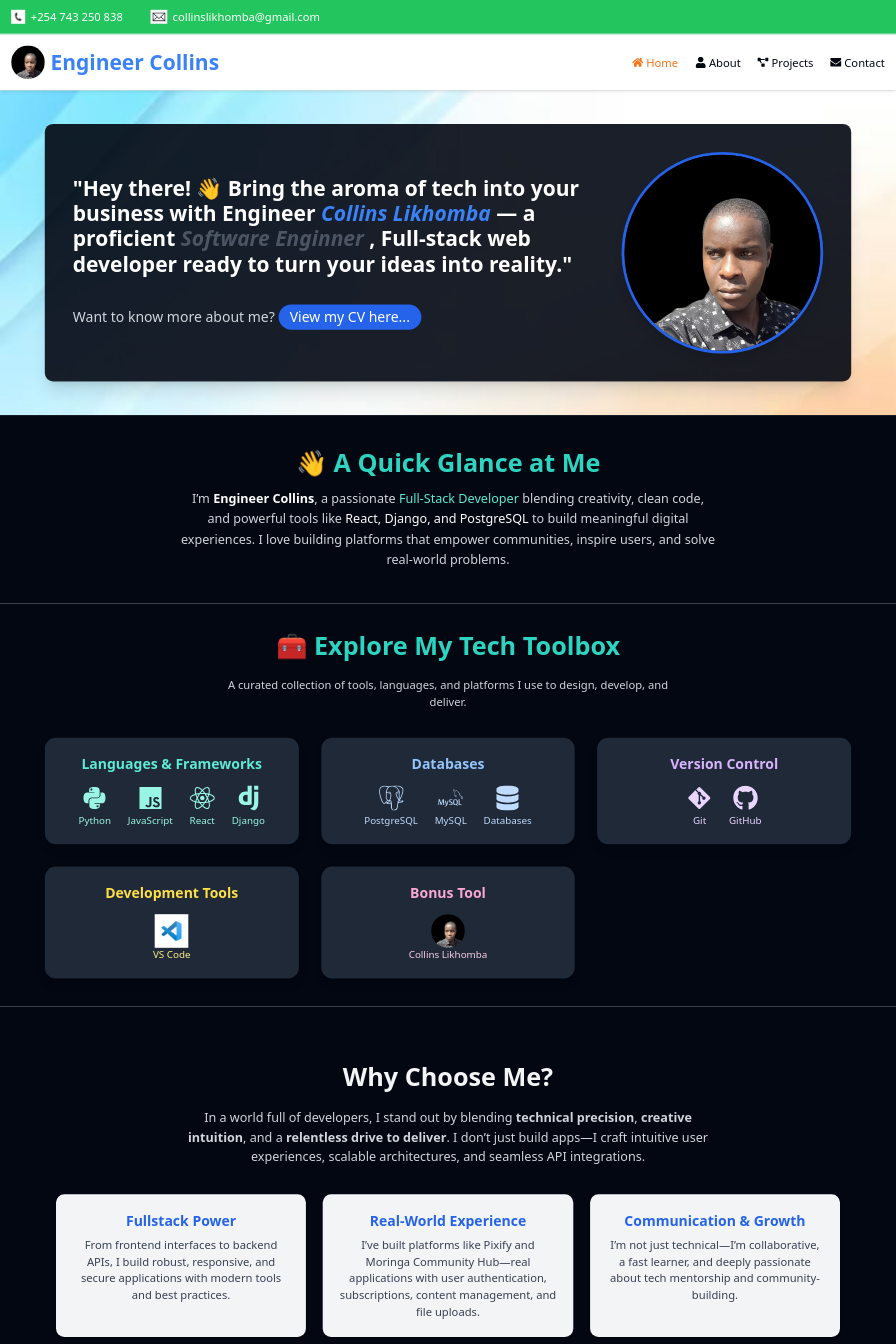
Repository: Engineer-collo/Portfolio
Page: /
These files come from the project's save history. The page is drawn as it stood at one moment and after a run of saves; the edit follows.
The browser window is 1280 px wide. The pictures show the part of the page from y = 0 to 1920 px (the page is 2586 px tall), at 70% of full size.
The project was rebuilt for these pictures with package versions that can differ from the ones it lists, and the page was loaded fresh each time. Also part of the build but not shown: vite.config.js, src/pages/About.jsx, src/pages/Projects.jsx, src/pages/Contact.jsx, src/pages/Blog.jsx, src/pages/Skills.jsx.

Above is the page before, as saved 2025-06-10 20:04:02.

### index.html
<!DOCTYPE html>
<html lang="en">
<head>
  <meta charset="UTF-8">
  <meta name="viewport" content="width=device-width, initial-scale=1.0">
  <title>Portfolio</title>
</head>
<body class="bg-gray-100">
  <div id="root"></div>
  <script type="module" src="/src/main.jsx"></script>
</body>
</html>

### src/main.jsx
import React from 'react'
import ReactDOM from 'react-dom/client'
import './index.css'
import App from './App'

ReactDOM.createRoot(document.getElementById('root')).render(
  <React.StrictMode>
    <App />
  </React.StrictMode>,
)

### src/App.jsx
import { BrowserRouter as Router, Route, Routes } from "react-router-dom";
import HomePage from "./pages/HomePage";
import About from "./pages/About";
import Project from "./pages/Projects";
import Contact from "./pages/Contact";
import Blog from "./pages/Blog";
import Skills from "./pages/Skills";

function App() {
  return (
    <Router>

      <Routes>
        <Route path="/" element={<HomePage />} />
        <Route path="/about" element={<About />} />
        <Route path="/projects" element={<Project />} />
        <Route path="/contact" element={<Contact />} />
        <Route path="/skills" element={<Skills />} />
        <Route path="/blog" element={<Blog />} />


      </Routes>
    </Router>
  );
}

export default App;

### src/pages/HomePage.jsx
import React from 'react';
import Navbar from '../components/Navbar';
import Footer from './Footer';
import TechStackToolbox from './TechStackToolbox';
import Testimonials from './Testimonials';
import AboutMeSummary from './AboutMeSummary';

const HomePage = () => {
  return (
    <div className="text-gray-800 font-sans min-h-screen flex flex-col">
      {/* Navbar */}
      <header className="bg-gray-900 text-white shadow">
        <Navbar />
      </header>

      {/* Hero Section */}
      <section
        className="pt-12 pb-12 flex-grow flex justify-center items-center px-4
                   bg-[url('/bg.png')] bg-cover bg-center bg-no-repeat"
      >
        <div className="flex flex-col md:flex-row items-center
                        text-center md:text-left gap-10
                        bg-gray-950 bg-opacity-90 p-6 md:p-10 rounded-xl shadow-xl
                        max-w-6xl w-full">
          {/* Text Side */}
          <div className="flex-1">
            <h1 className="text-white font-bold text-3xl">
              "Hey there! 👋 Bring the aroma of tech into your business with Engineer{" "}
              <span>
                <i className="text-blue-500"><strong>Collins Likhomba</strong></i>
              </span>{" "}
              — a proficient               <span>
                <i className="text-gray-600"><strong>Software Enginner</strong></i>
              </span>{" "}
 , Full-stack web developer ready to turn your ideas into reality."
            </h1>
            <p className="text-xl pt-6 text-gray-300">
              Want to know more about me?&nbsp;
              <a
                href="https://my-cv-henna-beta.vercel.app/"
                className="mt-4 inline-block bg-blue-600 text-white px-4 py-1 rounded-full hover:bg-blue-700 transition"
                target="_blank"
                rel="noopener noreferrer"
              >
                View my CV here...
              </a>
            </p>
          </div>

          {/* Image Side */}
          <div className="flex-shrink-0 w-52 h-52 sm:w-72 sm:h-72 rounded-full border-4 border-blue-600 shadow-lg overflow-hidden">
            <img
              src="/picture.png"
              alt="Profile"
              className="w-full h-full object-cover"
            />
          </div>
        </div>
      </section>

      <AboutMeSummary />
      <TechStackToolbox />

      {/* Why Choose Me Section */}
      <section className="bg-gray-950 py-20 px-6 md:px-20 text-center">
        <h2 className="text-4xl font-bold text-gray-100 mb-6">Why Choose Me?</h2>
        <p className="max-w-3xl mx-auto text-gray-300 text-lg mb-10">
          In a world full of developers, I stand out by blending{" "}
          <strong>technical precision</strong>, <strong>creative intuition</strong>, and a{" "}
          <strong>relentless drive to deliver</strong>. I don’t just build apps—I craft{" "}
          intuitive user experiences, scalable architectures, and seamless API integrations.
        </p>
        <div className="grid md:grid-cols-3 gap-6 max-w-6xl mx-auto">
          <div className="bg-gray-100 p-6 rounded-xl shadow hover:shadow-lg transition">
            <h3 className="text-xl font-semibold mb-2 text-blue-600">Fullstack Power</h3>
            <p className="text-gray-700">
              From frontend interfaces to backend APIs, I build robust, responsive, and secure applications
              with modern tools and best practices.
            </p>
          </div>
          <div className="bg-gray-100 p-6 rounded-xl shadow hover:shadow-lg transition">
            <h3 className="text-xl font-semibold mb-2 text-blue-600">Real-World Experience</h3>
            <p className="text-gray-700">
              I’ve built platforms like Pixify and Moringa Community Hub—real applications with user authentication,
              subscriptions, content management, and file uploads.
            </p>
          </div>
          <div className="bg-gray-100 p-6 rounded-xl shadow hover:shadow-lg transition">
            <h3 className="text-xl font-semibold mb-2 text-blue-600">Communication & Growth</h3>
            <p className="text-gray-700">
              I’m not just technical—I’m collaborative, a fast learner, and deeply passionate about tech mentorship
              and community-building.
            </p>
          </div>
        </div>
      </section>

      <Testimonials />

      {/* Footer */}
      <footer className="bg-gray-900 text-white text-center py-6 mt-auto">
        <Footer />
      </footer>
    </div>
  );
};

export default HomePage;

### src/components/Navbar.jsx
import React, { useState, useEffect } from 'react';
import { Link } from 'react-router-dom';
import { FaBars, FaTimes, FaUser, FaProjectDiagram, FaEnvelope, FaHome } from 'react-icons/fa';

const Navbar = () => {
  const [isOpen, setIsOpen] = useState(false);
  const toggleMenu = () => setIsOpen(!isOpen);

  useEffect(() => {
    document.body.style.overflow = isOpen ? 'hidden' : 'auto';
  }, [isOpen]);

  return (
    <header className="bg-white shadow-md relative z-50">
      {/* Top Contact Info */}
      <div className="bg-green-500 text-sm md:text-base py-3 px-4 flex flex-wrap items-center gap-4 md:gap-10 border-b border-gray-200">
        <div className="flex items-center gap-2">
          <img
            className="h-5 transition-transform duration-300 transform hover:scale-110"
            src="/call.png"
            alt="Call Icon"
          />
          <a
            target="_blank"
            rel="noopener noreferrer"
            href="tel:+254743250838"
            className="text-white hover:underline"
          >
            +254 743 250 838
          </a>
        </div>
        <div className="flex items-center gap-2">
          <img
            className="h-5 transition-transform duration-300 transform hover:scale-110"
            src="/email.png"
            alt="Email Icon"
          />
          <a
            target="_blank"
            rel="noopener noreferrer"
            href="mailto:collinslikhomba@gmail.com"
            className="text-white hover:underline"
          >
            collinslikhomba@gmail.com
          </a>
        </div>
      </div>

      {/* Main Navigation */}
      <div className="max-w-7xl mx-auto px-4 py-4 flex justify-between items-center">
        {/* Logo and Name */}
        <div className="flex items-center space-x-2">
          <img
            className="h-12 w-12 rounded-full object-cover transition-transform duration-300 transform hover:scale-110"
            src="picture.png"
            alt="Profile"
            loading="lazy"
          />
          <h1 className="text-2xl md:text-3xl font-bold text-gray-950">
            <Link to="/" className="hover:text-blue-500 transition">
              <span className="text-blue-500">Engineer Collins</span>
            </Link>
          </h1>
        </div>

        {/* Desktop nav */}
        <nav className="space-x-6 hidden md:flex text-gray-950 font-medium">
          <Link to="/" className="flex items-center gap-1 hover:text-blue-500 transition text-orange-500"><FaHome /> Home</Link>
          <Link to="/about" className="flex items-center gap-1 hover:text-blue-500 transition"><FaUser /> About</Link>
          <Link to="/projects" className="flex items-center gap-1 hover:text-blue-500 transition"><FaProjectDiagram /> Projects</Link>
          <Link to="/contact" className="flex items-center gap-1 hover:text-blue-500 transition"><FaEnvelope /> Contact</Link>
        </nav>

        {/* Mobile menu toggle */}
        <div className="md:hidden">
          <button onClick={toggleMenu} aria-label="Toggle menu" className="text-gray-950 focus:outline-none">
            {isOpen ? <FaTimes className="h-6 w-6" /> : <FaBars className="h-6 w-6" />}
          </button>
        </div>
      </div>

      {/* Mobile nav links */}
      {isOpen && (
        <div className="fixed top-0 left-0 h-screen w-3/4 bg-gray-950 z-50 shadow-lg px-6 py-8 md:hidden transition-all">
          <button onClick={toggleMenu} aria-label="Close menu" className="absolute top-4 right-4 text-white">
            <FaTimes className="h-6 w-6" />
          </button>
          <nav className="space-y-6 mt-10 text-white text-lg">
            <Link to="/" onClick={toggleMenu} className="flex items-center gap-2 hover:text-blue-500"><FaHome /> Home</Link>
            <Link to="/about" onClick={toggleMenu} className="flex items-center gap-2 hover:text-blue-500"><FaUser /> About</Link>
            <Link to="/projects" onClick={toggleMenu} className="flex items-center gap-2 hover:text-blue-500"><FaProjectDiagram /> Projects</Link>
            <Link to="/contact" onClick={toggleMenu} className="flex items-center gap-2 hover:text-blue-500"><FaEnvelope /> Contact</Link>
          </nav>
        </div>
      )}
    </header>
  );
};

export default Navbar;

### src/pages/Footer.jsx
import React from 'react';
import { FaGithub, FaLinkedin, FaTwitter, FaEnvelope } from 'react-icons/fa';

const Footer = () => {
  return (
    <footer className="bg-gray-900 text-gray-300 py-10">
      <div className="max-w-6xl mx-auto px-6 flex flex-col md:flex-row justify-between items-center space-y-6 md:space-y-0">

        {/* Logo or Name */}
        <div className="text-gray text-2xl font-bold tracking-wide">
          <strong><i>CollinsLikhomba</i></strong>
        </div>


        {/* Social Icons */}
        <div className="flex space-x-6 text-gray-400">
          <a
            href="https://github.com/Engineer-collo?tab=repositories"
            target="_blank"
            rel="noopener noreferrer"
            aria-label="GitHub"
            className="hover:text-white transition"
          >
            <FaGithub size={24} />
          </a>
          <a
            href="https://www.linkedin.com/in/collins-likhomba-7b364730a/"
            target="_blank"
            rel="noopener noreferrer"
            aria-label="LinkedIn"
            className="hover:text-blue-600 transition"
          >
            <FaLinkedin size={24} />
          </a>
          <a
            href="https://x.com/CollinsLikhomba"
            target="_blank"
            rel="noopener noreferrer"
            aria-label="Twitter"
            className="hover:text-blue-400 transition"
          >
            <FaTwitter size={24} />
          </a>
          <a
            href="mailto:collinslikhomba@gmail.com"
            aria-label="Email"
            className="hover:text-red-500 transition"
            target='_blank'
          >
            <FaEnvelope size={24} />
          </a>
        </div>
      </div>

      {/* Bottom copyright */}
      <div className="text-center text-gray-600 text-sm mt-8">
        &copy; {new Date().getFullYear()} Collins Likhomba. All rights reserved.
      </div>
    </footer>
  );
};

export default Footer;

### src/pages/TechStackToolbox.jsx
import {
    FaPython,
    FaJs,
    FaReact,
    FaGitAlt,
    FaGithub,
    FaDatabase,
  } from "react-icons/fa";
  import {
    SiDjango,
    SiPostgresql,
    SiMysql,

  } from "react-icons/si";

  export default function TechStackToolbox() {
    return (
      <div className="bg-gray-950 text-white py-10 px-6 md:px-16">
        <h2 className="text-3xl md:text-4xl font-bold mb-6 text-center text-teal-400">
          🧰 Explore My Tech Toolbox
        </h2>
        <p className="text-center mb-10 text-gray-300 max-w-2xl mx-auto">
          A curated collection of tools, languages, and platforms I use to design,
          develop, and deliver.
        </p>

        <div className="grid grid-cols-1 md:grid-cols-2 lg:grid-cols-3 gap-8 text-center">

          {/* Languages & Frameworks */}
          <div className="bg-gray-800 rounded-2xl p-6 shadow-lg hover:shadow-teal-500/30 transition">
            <h3 className="text-xl font-semibold mb-4 text-teal-300">
              Languages & Frameworks
            </h3>
            <div className="flex justify-center gap-6 text-teal-200">
              <div className="flex flex-col items-center text-sm">
                <FaPython className="text-4xl mb-1" />
                <span>Python</span>
              </div>
              <div className="flex flex-col items-center text-sm">
                <FaJs className="text-4xl mb-1" />
                <span>JavaScript</span>
              </div>
              <div className="flex flex-col items-center text-sm">
                <FaReact className="text-4xl mb-1" />
                <span>React</span>
              </div>
              <div className="flex flex-col items-center text-sm">
                <SiDjango className="text-4xl mb-1" />
                <span>Django</span>
              </div>
            </div>
          </div>

          {/* Databases */}
          <div className="bg-gray-800 rounded-2xl p-6 shadow-lg hover:shadow-blue-500/30 transition">
            <h3 className="text-xl font-semibold mb-4 text-blue-300">Databases</h3>
            <div className="flex justify-center gap-6 text-blue-200">
              <div className="flex flex-col items-center text-sm">
                <SiPostgresql className="text-4xl mb-1" />
                <span>PostgreSQL</span>
              </div>
              <div className="flex flex-col items-center text-sm">
                <SiMysql className="text-4xl mb-1" />
                <span>MySQL</span>
              </div>
              <div className="flex flex-col items-center text-sm">
                <FaDatabase className="text-4xl mb-1" />
                <span>Databases</span>
              </div>
            </div>
          </div>

          {/* Version Control */}
          <div className="bg-gray-800 rounded-2xl p-6 shadow-lg hover:shadow-purple-500/30 transition">
            <h3 className="text-xl font-semibold mb-4 text-purple-300">
              Version Control
            </h3>
            <div className="flex justify-center gap-6 text-purple-200">
              <div className="flex flex-col items-center text-sm">
                <FaGitAlt className="text-4xl mb-1" />
                <span>Git</span>
              </div>
              <div className="flex flex-col items-center text-sm">
                <FaGithub className="text-4xl mb-1" />
                <span>GitHub</span>
              </div>
            </div>
          </div>

          {/* Development Tools */}
          <div className="bg-gray-800 rounded-2xl p-6 shadow-lg hover:shadow-yellow-500/30 transition">
            <h3 className="text-xl font-semibold mb-4 text-yellow-300">
              Development Tools
            </h3>
            <div className="flex justify-center gap-6 text-yellow-200">
              <div className="flex flex-col items-center text-sm">
                <img className="h-12" src="/vscode.png" alt="Vscode icon" />
                <span>VS Code</span>
              </div>
            </div>
          </div>

          {/* Bonus Tool */}
          <div className="bg-gray-800 rounded-2xl p-6 shadow-lg hover:shadow-pink-500/30 transition">
            <h3 className="text-xl font-semibold mb-4 text-pink-300">Bonus Tool</h3>
            <div className="flex justify-center gap-6 text-pink-200">
              <div className="flex flex-col items-center text-sm">
                <img
                  className="h-12 w-12 rounded-full object-cover"
                  src="picture.png"
                  alt="Profile"
                />
                <span>Collins Likhomba</span>
              </div>
            </div>
          </div>

        </div>
      </div>
    );
  }

### src/pages/Testimonials.jsx
export default function Testimonials() {
    const testimonials = [
      {
        name: "Christine M.",
        content: "Working with Collins was a game-changer! His expertise in React and backend integration is unmatched.",
        profile_pic: "https://randomuser.me/api/portraits/women/68.jpg",
      },
      {
        name: "Lesile K.",
        content: "Collins is a team player and a tech visionary. He delivered our project ahead of schedule with superb quality.",
        profile_pic: "https://randomuser.me/api/portraits/men/45.jpg",
      },
      {
        name: "Joy A.",
        content: "He doesn't just write code—he solves real problems. A true full-stack craftsman!",
        profile_pic: "https://randomuser.me/api/portraits/women/22.jpg",
      },
    ];

    return (
      <div className="bg-gray-950 text-white py-14 px-6 md:px-20">
        <h2 className="text-3xl md:text-4xl font-bold mb-10 text-center text-teal-400">
          💬 What People Are Saying
        </h2>

        <div className="grid grid-cols-1 md:grid-cols-2 lg:grid-cols-3 gap-8">
          {testimonials.map((testimonial, index) => (
            <div
              key={index}
              className="bg-gray-800 p-6 rounded-2xl shadow-lg hover:shadow-teal-500/30 transition transform hover:-translate-y-1 duration-300"
            >
              <div className="flex items-center gap-4 mb-4">
                <img
                  src={testimonial.profile_pic}
                  alt={testimonial.name}
                  className="w-14 h-14 rounded-full border-2 border-teal-400 object-cover"
                />
                <div>
                  <h4 className="text-lg font-semibold text-teal-300">{testimonial.name}</h4>
                </div>
              </div>
              <p className="text-gray-300 italic">"{testimonial.content}"</p>
            </div>
          ))}
        </div>
      </div>
    );
  }

### src/pages/AboutMeSummary.jsx
import React from 'react';

export default function AboutMeSummary() {
  return (
    <section className="bg-gray-950 text-white py-12 px-6 md:px-20 text-center">
      <div className="max-w-3xl mx-auto">
        <h2 className="text-3xl md:text-4xl font-bold text-teal-400 mb-4">
          👋 A Quick Glance at Me
        </h2>
        <p className="text-gray-300 text-lg leading-relaxed">
          I’m <span className="text-white font-semibold">Engineer Collins</span>, a passionate
          <span className="text-teal-300 font-medium"> Full-Stack Developer</span> blending creativity,
          clean code, and powerful tools like
          <span className="text-white font-medium"> React, Django, and PostgreSQL</span> to build
          meaningful digital experiences. I love building platforms that empower communities, inspire users,
          and solve real-world problems.
        </p>
      </div>
    </section>
  );
}

Loaded but not shown: src/index.css (common file); tailwind.config.js (common file)

After the next 2 saves:
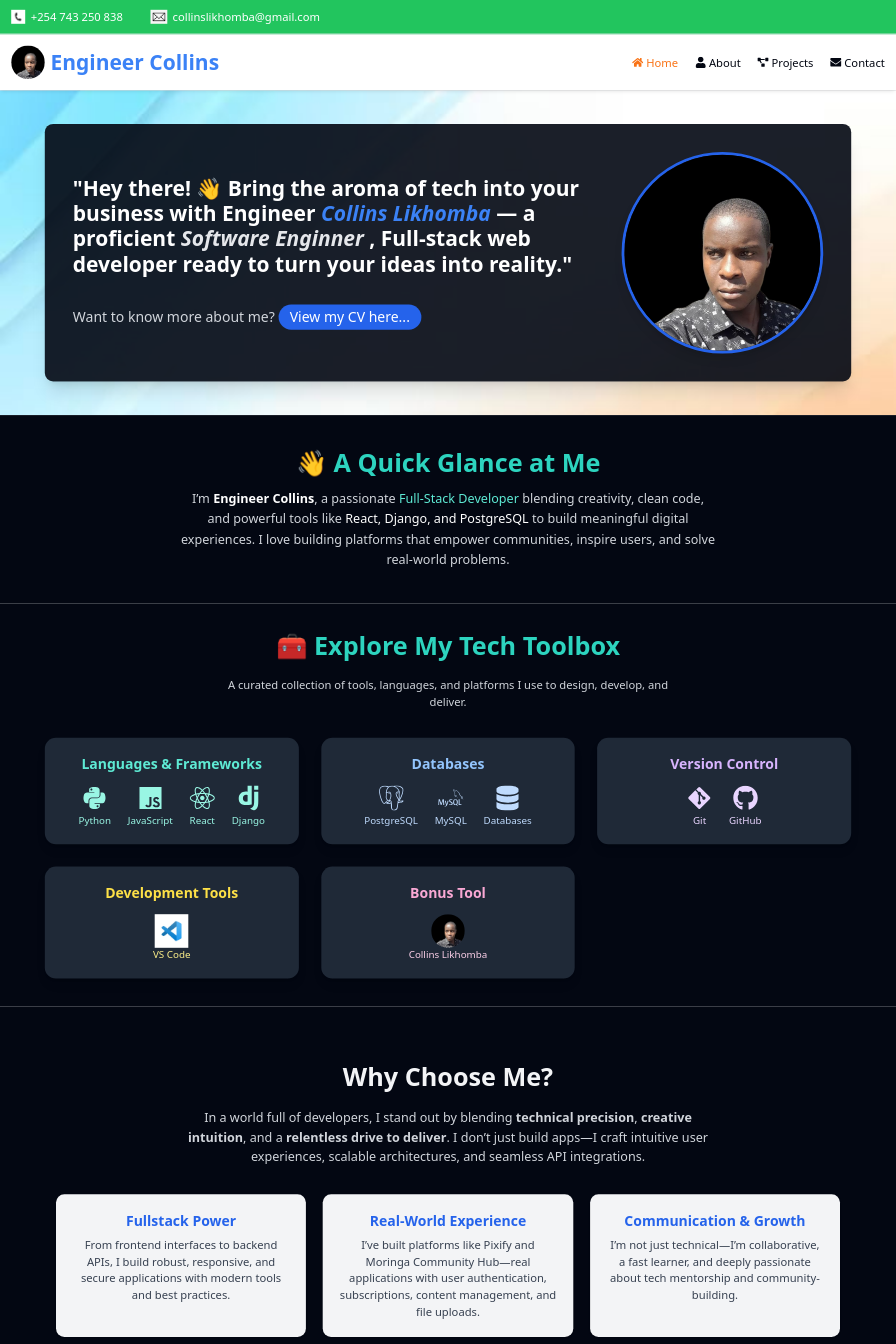
The 2 saves are shown as one change because they came seconds apart.
The last was saved 8 s later.
--- a/src/pages/HomePage.jsx
+++ b/src/pages/HomePage.jsx
@@ -30,7 +30,7 @@ const HomePage = () => {
                 <i className="text-blue-500"><strong>Collins Likhomba</strong></i>
               </span>{" "}
               — a proficient               <span>
-                <i className="text-gray-600"><strong>Software Enginner</strong></i>
+                <i className="text-gray-200"><strong>Software Enginner</strong></i>
               </span>{" "}
  , Full-stack web developer ready to turn your ideas into reality."
             </h1>
